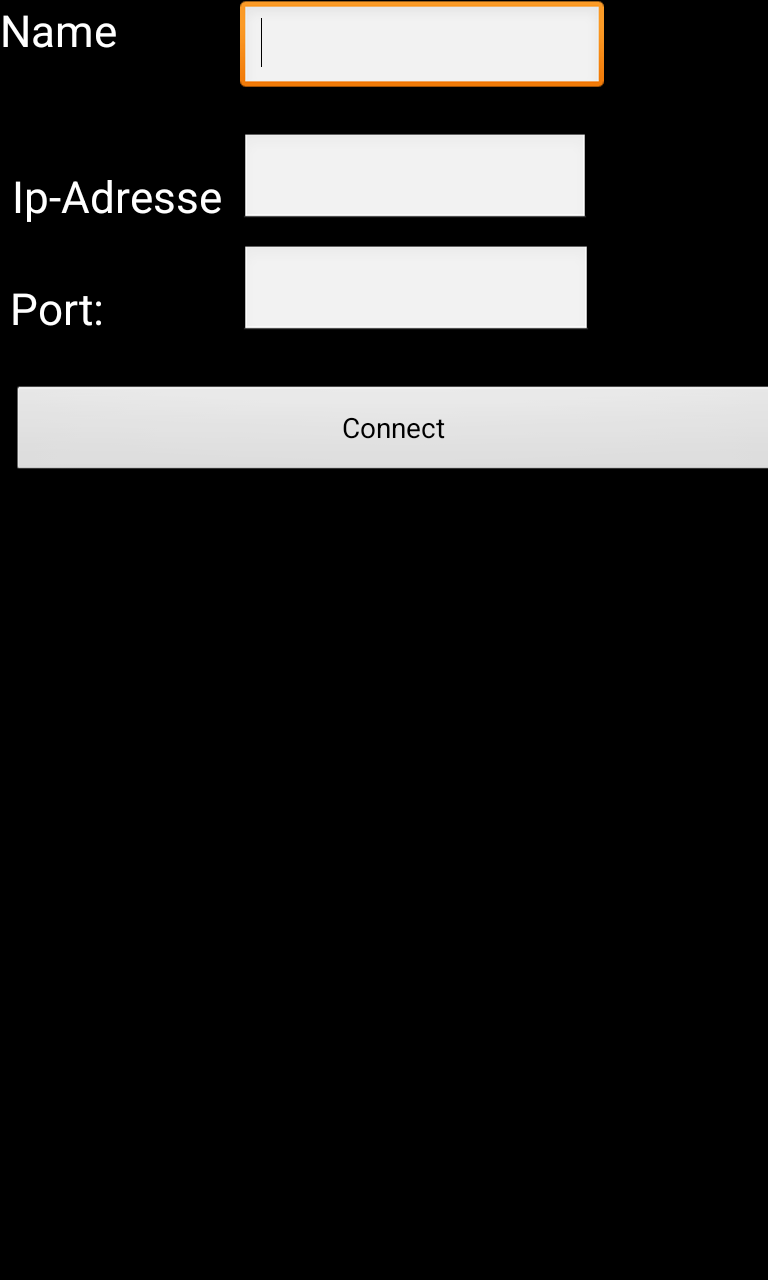
Repository: Lemkerene/App
Layout: kniffel/res/layout/main.xml
The author's editor kept a copy of each file at every save. The layout is drawn from the files as they stood at one save, then again after the next save.
It is drawn on a 768 x 1280 px phone screen (xhdpi) without system bars, with theme android:Theme; the app's code is not run.

Above is the layout before, as saved 2012-08-03 19:00:46.

After the next save:
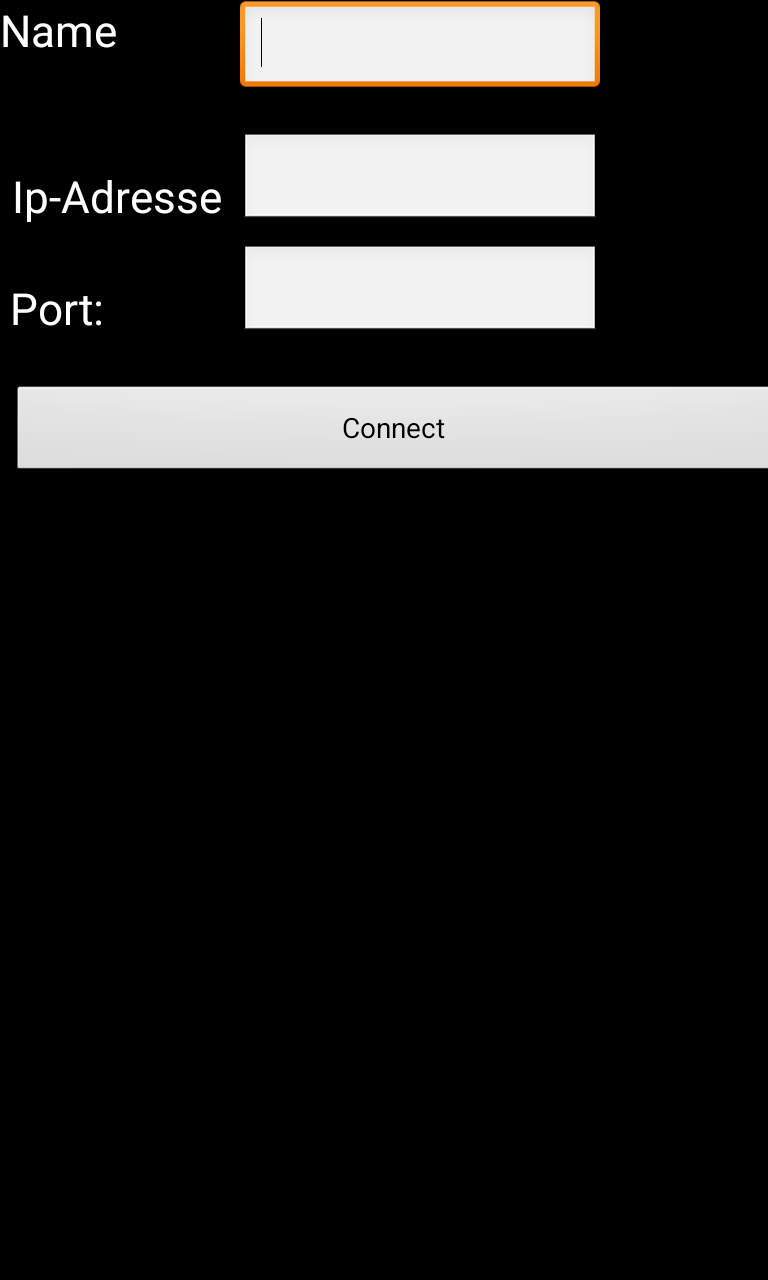
Saved 57 s later.
--- a/kniffel/res/layout/main.xml
+++ b/kniffel/res/layout/main.xml
@@ -24,7 +24,7 @@
 
     <EditText
         android:id="@+id/editText2"
-        android:layout_width="176dp"
+        android:layout_width="180dp"
         android:layout_height="wrap_content"
         android:layout_x="120dp"
         android:layout_y="122dp"
@@ -32,7 +32,7 @@
 
     <EditText
         android:id="@+id/editText1"
-        android:layout_width="175dp"
+        android:layout_width="180dp"
         android:layout_height="wrap_content"
         android:layout_x="120dp"
         android:layout_y="66dp"
@@ -58,9 +58,10 @@
         android:textAppearance="?android:attr/textAppearanceLarge" />
 
 
+
     <EditText
         android:id="@+id/editText3"
-        android:layout_width="182dp"
+        android:layout_width="180dp"
         android:layout_height="wrap_content"
         android:layout_x="120dp"
         android:layout_y="0dp"
